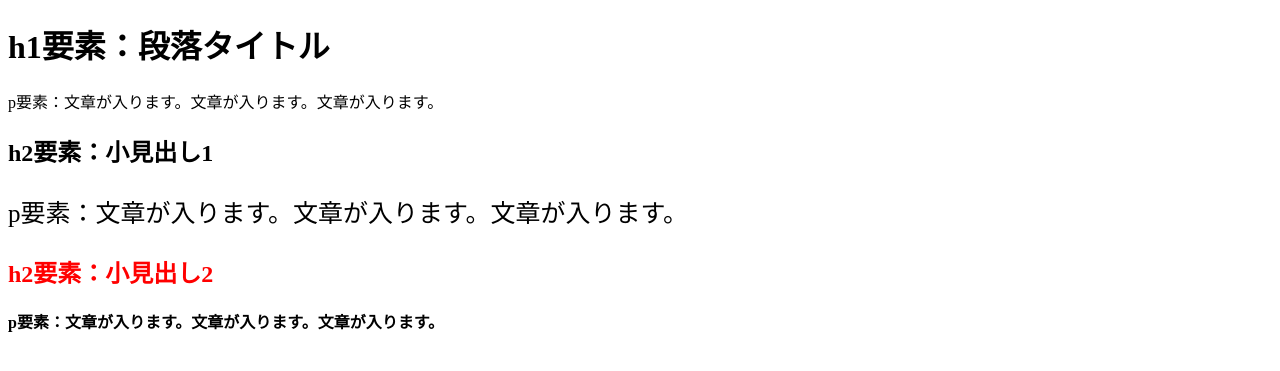
Repository: KAZMA5/samurai_HTML-CSS
Page: 20210325/bb.html
The author's editor kept a record of every edit. The page is drawn from the files as they stood at one moment, then again after the next edit.
The browser window is 1280 px wide. The pictures show the whole page.

Above is the page before.

### 20210325/bb.html
<!DOCTYPE html>
<html lang="ja">
    <head>
        <meta charset="UTF-8">
        <title>HTML/CSSの学習</title>
       <style>
      #red{
        color: red;
      }
        </style>
    </head>
    <body>
        <h1 class="blue">h1要素：段落タイトル</h1>
        <p>p要素：文章が入ります。文章が入ります。文章が入ります。</p>
        <h2>h2要素：小見出し1</h2>
        <p style="font-size: 25px;">
            p要素：文章が入ります。文章が入ります。文章が入ります。
        </p>
        <h2 id="red">h2要素：小見出し2</h2>
        <p style="font-weight: bold;">
            p要素：文章が入ります。文章が入ります。文章が入ります。
        </p>
    </body>
</html>

After the next edit:
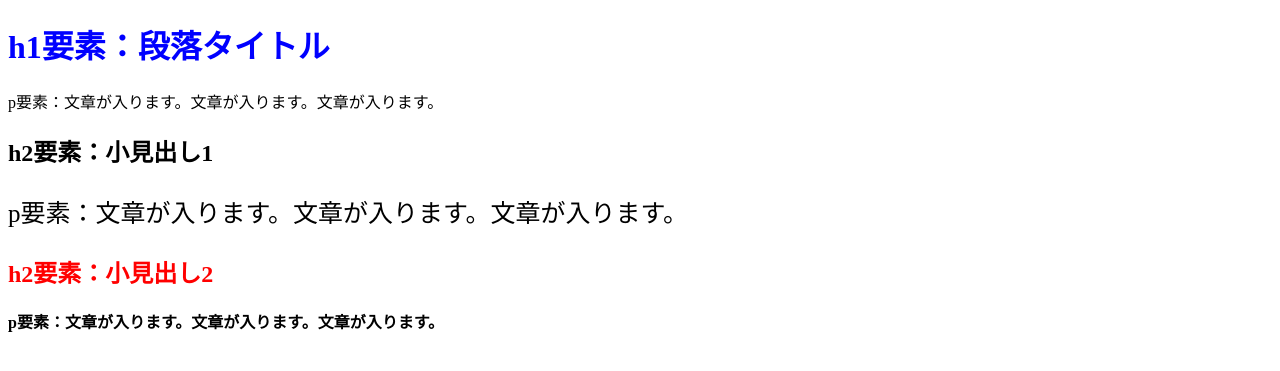
The edit:
--- a/20210325/bb.html
+++ b/20210325/bb.html
@@ -7,6 +7,9 @@
       #red{
         color: red;
       }
+        .blue{
+        color: blue;
+        }
         </style>
     </head>
     <body>
